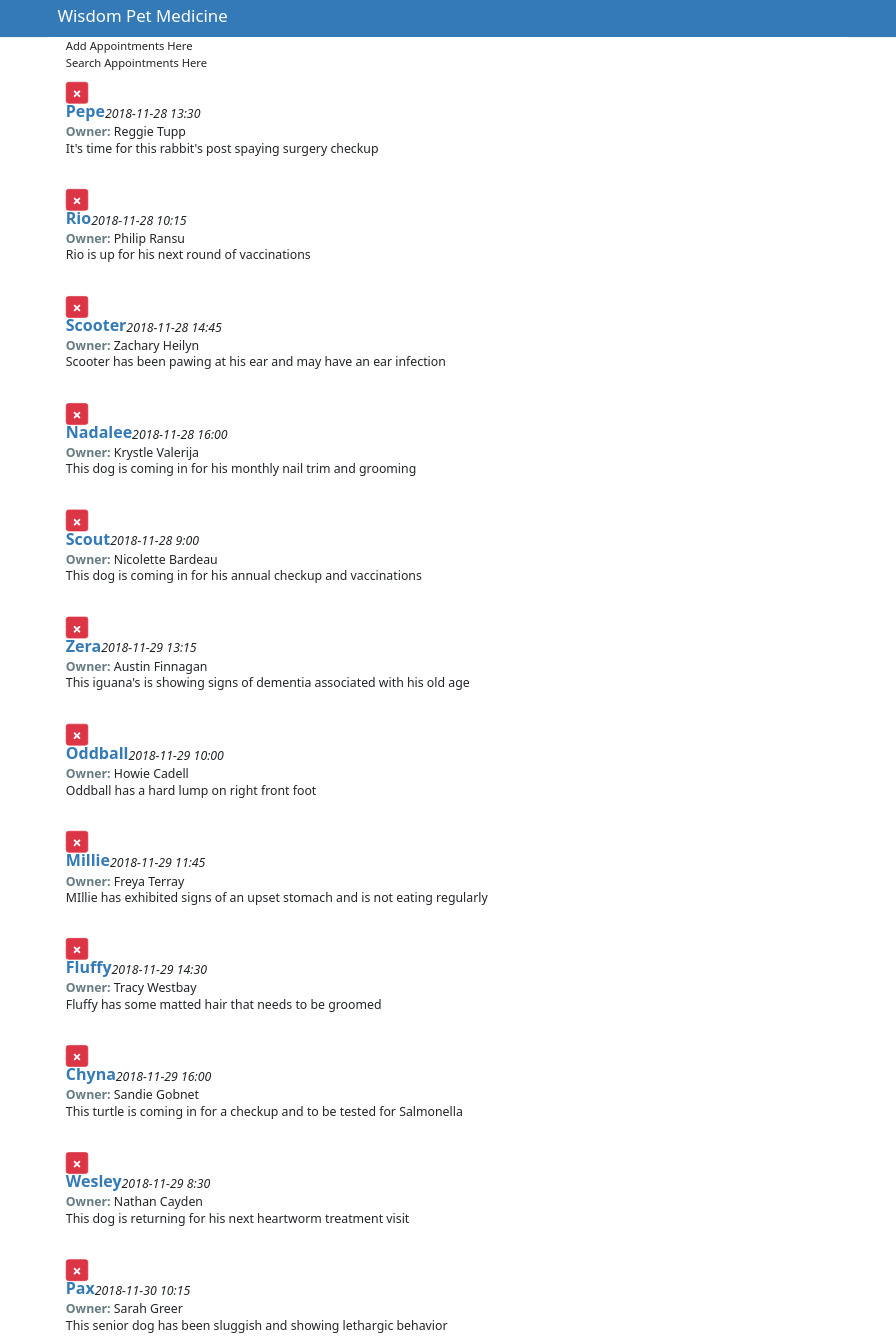
Repository: DevLuDaley/reactinterface
Page: /
The author's editor kept a copy of each file at every save. The page is drawn from the files as they stood at one save, then again after the next save.
The browser window is 1280 px wide. The pictures show the part of the page from y = 0 to 1920 px (the page is 3978 px tall), at 70% of full size.
The project was rebuilt for these pictures with package versions that can differ from the ones it lists, and the page was loaded fresh each time.

Above is the page before, as saved 2021-02-04 18:44:32.

After the next save:
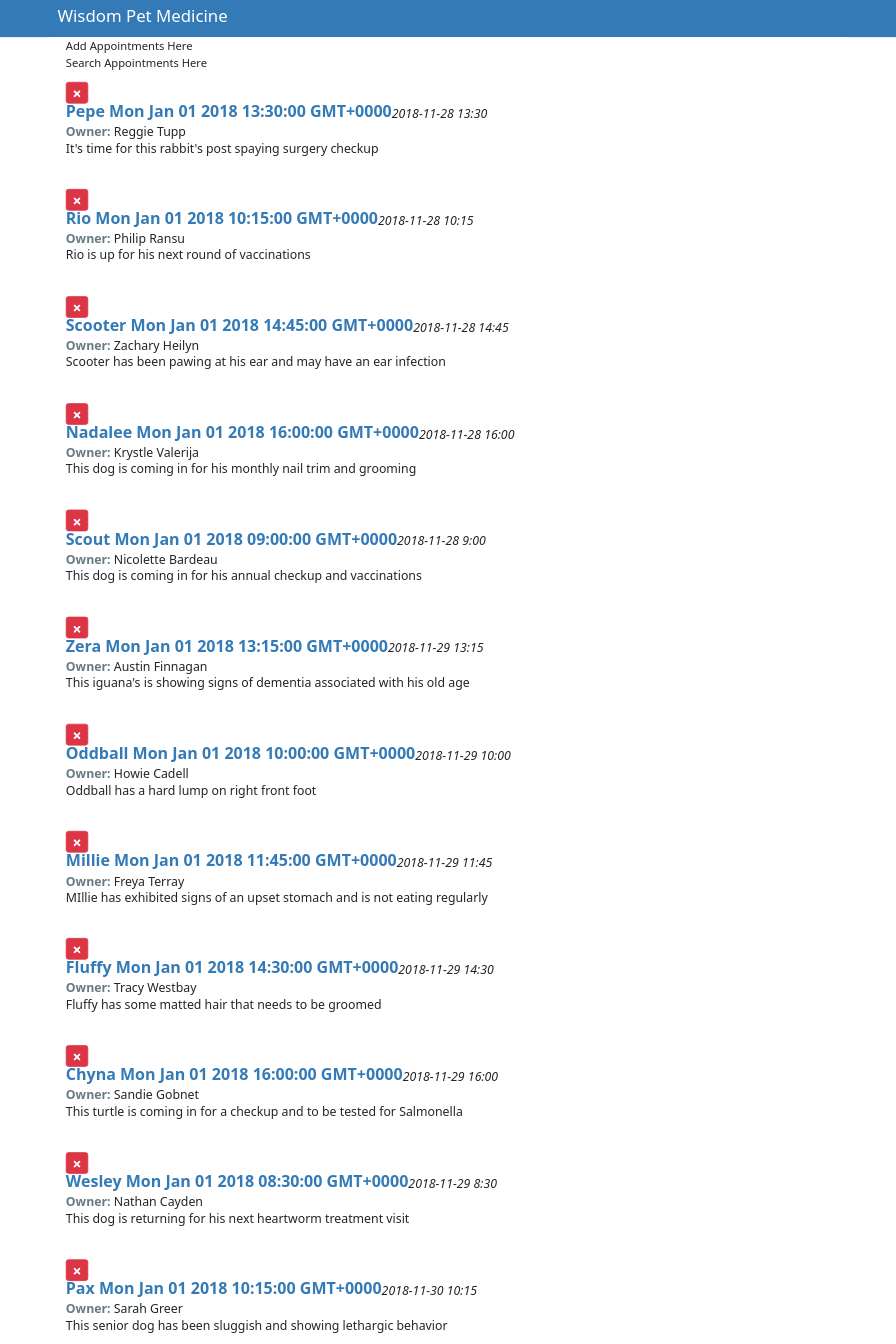
Saved 83 s later.
--- a/src/components/ListAppointments.js
+++ b/src/components/ListAppointments.js
@@ -1,6 +1,6 @@
 import React, { Component } from 'react'
 import { FaTimes } from 'react-icons/fa';
-import Moment from 'react-moment'
+import Moment from 'react-moment';
 
 class ListAppointments extends Component {
     constructor(props) {
@@ -31,7 +31,9 @@ class ListAppointments extends Component {
 
             <div className="pet-info media-body">
               <div className="pet-head d-flex">
-                <span className="pet-name">{item.petName}</span>
+                <span className="pet-name">{item.petName} <Moment date={item.aptDate}
+                    parse='YYYY-MMM-dd hh:mm'
+                /> </span>
                 <span className="apt-date ml-auto">{item.aptDate}</span>
               </div>
 
